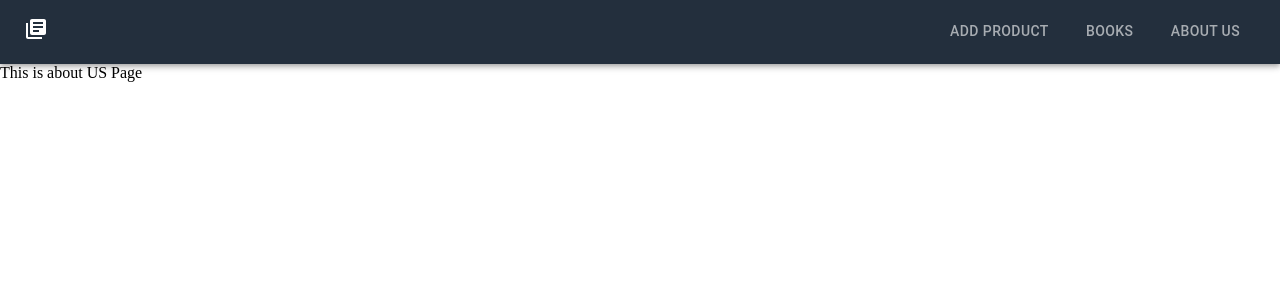
Repository: CydexCode/Book_Store_App-MERN-Stack
Page: /about (app in book-store/)
An editor plug-in stored every save of this project. The page is shown before and after the next save, followed by the edit.
The browser window is 1280 px wide. The pictures show the whole page.
The project was rebuilt for these pictures with package versions that can differ from the ones it lists, and the page was loaded fresh each time. Also part of the build but not shown: book-store/src/components/Home.js, book-store/src/components/AddBook.js, book-store/src/components/Book/Book.css, book-store/src/components/Book/Book.js, book-store/src/components/Book/Books.js, book-store/src/components/Book/BookDetail.js.

Above is the page before, as saved 2022-09-09 02:49:58.

### book-store/src/index.js
import React from 'react';
import ReactDOM from 'react-dom/client';
import './index.css';
import App from './App';
import { BrowserRouter } from 'react-router-dom';


const root = ReactDOM.createRoot(document.getElementById('root'));
root.render(
  <BrowserRouter>
  <React.StrictMode>
    <App />
  </React.StrictMode>
  </BrowserRouter>
);

// If you want to start measuring performance in your app, pass a function
// to log results (for example: reportWebVitals(console.log))
// or send to an analytics endpoint. Learn more: https://bit.ly/CRA-vitals

### book-store/src/index.css
/*body {
  margin: 0;
  font-family: -apple-system, BlinkMacSystemFont, 'Segoe UI', 'Roboto', 'Oxygen',
    'Ubuntu', 'Cantarell', 'Fira Sans', 'Droid Sans', 'Helvetica Neue',
    sans-serif;
  -webkit-font-smoothing: antialiased;
  -moz-osx-font-smoothing: grayscale;
}

code {
  font-family: source-code-pro, Menlo, Monaco, Consolas, 'Courier New',
    monospace;
} */

*{
  padding: 0;
  margin: 0;
}

### book-store/src/App.js
import React  from "react";
import Header from "./components/Header";
import { Route ,Routes } from 'react-router-dom';
import Home from "./components/Home";
import AddBook from "./components/AddBook";
import Books from "./components/Book/Books";
import About from "./components/About";
import BookDetail from "./components/Book/BookDetail";

function App() {
  return (

   <React.Fragment>
    <header>
    <Header />
    </header>
    <main>
      <Routes>
        <Route path="/" element={<Home />} exact />
        <Route path="/add" element={<AddBook />} exact />
        <Route path="/books" element={<Books />} exact />
        <Route path="/about" element={<About />} exact />
        <Route path="/books/:id" element={<BookDetail />} exact />
      </Routes>
    </main>
    </React.Fragment>
  );
}

export default App;

### book-store/src/components/Header.js
import React, { useState } from 'react';
import { AppBar, Tab, Tabs, Toolbar, Typography } from "@mui/material";
import LibraryBooksIcon from '@mui/icons-material/LibraryBooks';
import { NavLink} from 'react-router-dom';
const Header = () => {
    const [value, setValue] = useState();
  return (
    <div>
      <AppBar sx={{ backgroundColor:"#232F3D"}} position='sticky'>
<Toolbar>
<Typography>
            <LibraryBooksIcon />
            </Typography>

            <Tabs sx={{ml:"auto"}} textColor="inherit" indicatorColor="secondary" value={value} onChange={(e,val) =>setValue(val)}>
                <Tab LinkComponent={NavLink} to="/add" label="Add product" />
                <Tab  LinkComponent={NavLink} to="/books" label="Books" />
                <Tab  LinkComponent={NavLink} to="/about" label="About Us" />
            </Tabs>

</Toolbar>
      </AppBar>
    </div>
  );
};

export default Header;

### book-store/src/components/About.js
import React from 'react';

const About = () => {
  return (
    <div>
      This is about US Page
    </div>
  )
}

export default About;

Loaded but not shown: book-store/public/index.html (common file)

After the next save:
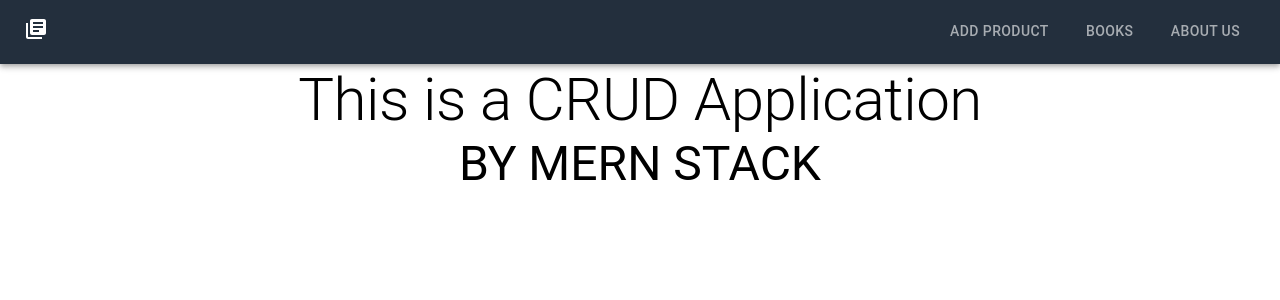
Saved 4 min 21 s later.
--- a/book-store/src/components/About.js
+++ b/book-store/src/components/About.js
@@ -1,9 +1,14 @@
+import { Box, Typography } from '@mui/material';
 import React from 'react';
 
 const About = () => {
   return (
     <div>
-      This is about US Page
+        <Box display="flex" flexDirection="column" alignItems="center">
+            <Typography sx={{}} variant="h2">This is a CRUD Application</Typography>
+            <Typography variant="h3">BY MERN STACK</Typography>
+        </Box>
+
     </div>
   )
 }
